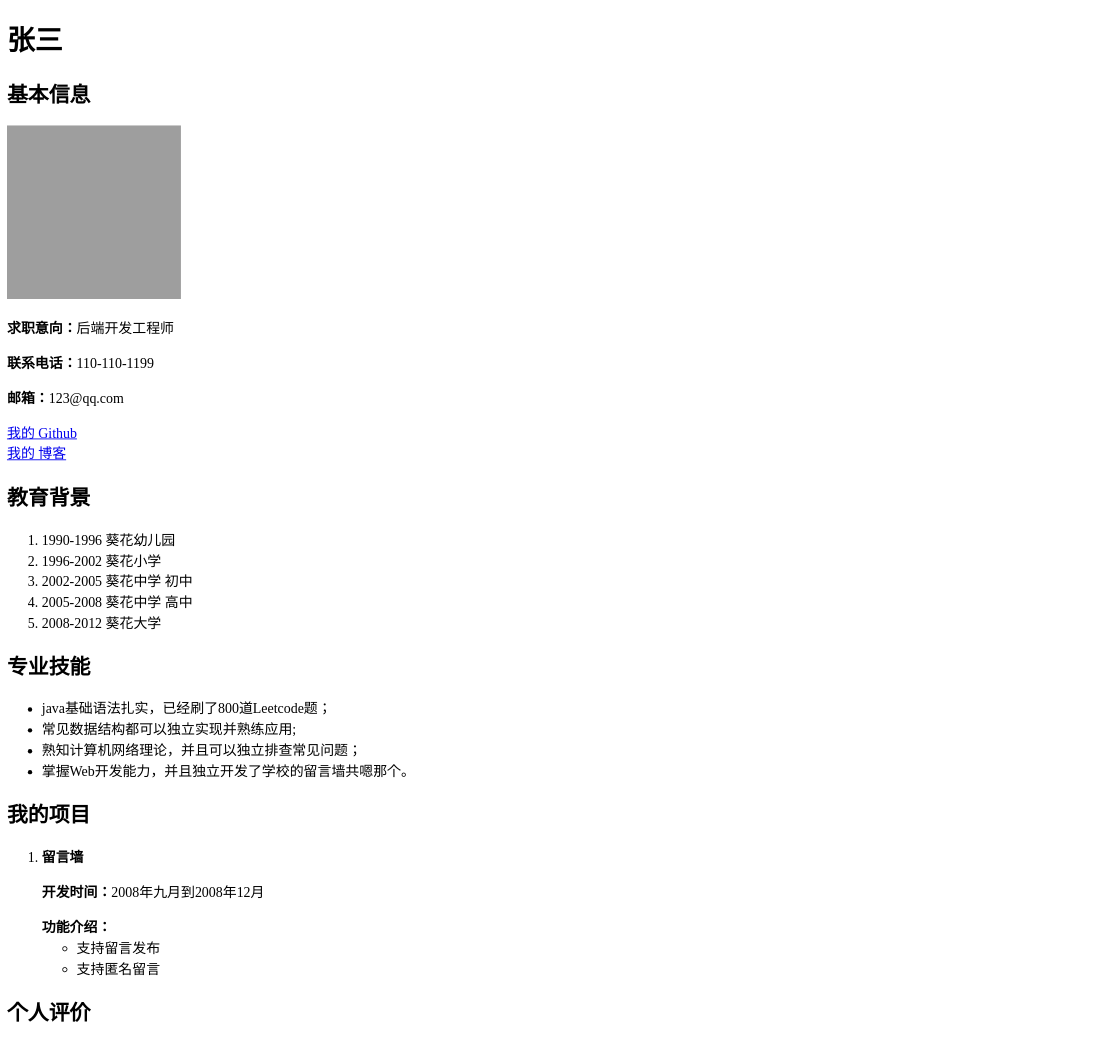
Repository: ls02/VSCode
Page: Java/2022/6-21-1/Test1.html
The author's editor kept a copy of each file at every save. The page is drawn from the files as they stood at one save, then again after the next save.
The browser window is 1280 px wide. The pictures show the whole page, at 87% of full size.
Pictures or frames that could not be fetched are drawn as grey boxes.

Above is the page before, as saved 2022-06-21 14:48:40.

### Java/2022/6-21-1/Test1.html
<!--
 * @Author: ls02 <2877455773@qq.com>
 * @Date: 2022-06-21 11:01:41
 * @LastEditors: ls02 <2877455773@qq.com>
 * @LastEditTime: 2022-06-21 13:09:24
 * @FilePath: \Java\2022\6-21-1\Test1.html
 * @Description:
 *
 * Copyright (c) 2022 by ${ls02 <2877455773@qq.com>}, All Rights Reserved.
-->
<!DOCTYPE html>
<html lang="en">
<head>
    <meta charset="UTF-8">
    <meta http-equiv="X-UA-Compatible" content="IE=edge">
    <meta name="viewport" content="width=device-width, initial-scale=1.0">
    <title>我的简历</title>
</head>
<body>
    <h1>张三</h1>
    <h2>基本信息</h2>
    <img src="../6-18-1/image/1.jpg"
    alt="图片加载失败"
    title="个人图片"
    width="200" height="200">
    <br>
    <p><b>求职意向：</b>后端开发工程师</p>
    <p><b>联系电话：</b>110-110-1199</p>
    <p><b>邮箱：</b>123@qq.com</p>
    <a href="https://www.github.com"
    target="_blank">我的 Github</a>
    <br>
    <a href="https://www.csdn.net"
    target="_blank">我的 博客</a>
    <h2>教育背景</h2>
    <ol>
        <li>1990-1996 葵花幼儿园</li>
        <li>1996-2002 葵花小学</li>
        <li>2002-2005 葵花中学 初中</li>
        <li>2005-2008 葵花中学 高中</li>
        <li>2008-2012 葵花大学</li>
    </ol>
    <h2>专业技能</h2>
    <ul>
        <li>java基础语法扎实，已经刷了800道Leetcode题；</li>
        <li>常见数据结构都可以独立实现并熟练应用;</li>
        <li>熟知计算机网络理论，并且可以独立排查常见问题；</li>
        <li>掌握Web开发能力，并且独立开发了学校的留言墙共嗯那个。</li>
    </ul>
    <h2>我的项目</h2>
    <ol>
        <li><b>留言墙</b></li>
        <p><b>开发时间：</b>2008年九月到2008年12月</p>
        <b>功能介绍：</b>
        <ul>
            <li>支持留言发布</li>
            <li>支持匿名留言</li>
        </ul>
    </ol>
    <h2>个人评价</h2>
</body>
</html>

After the next save:
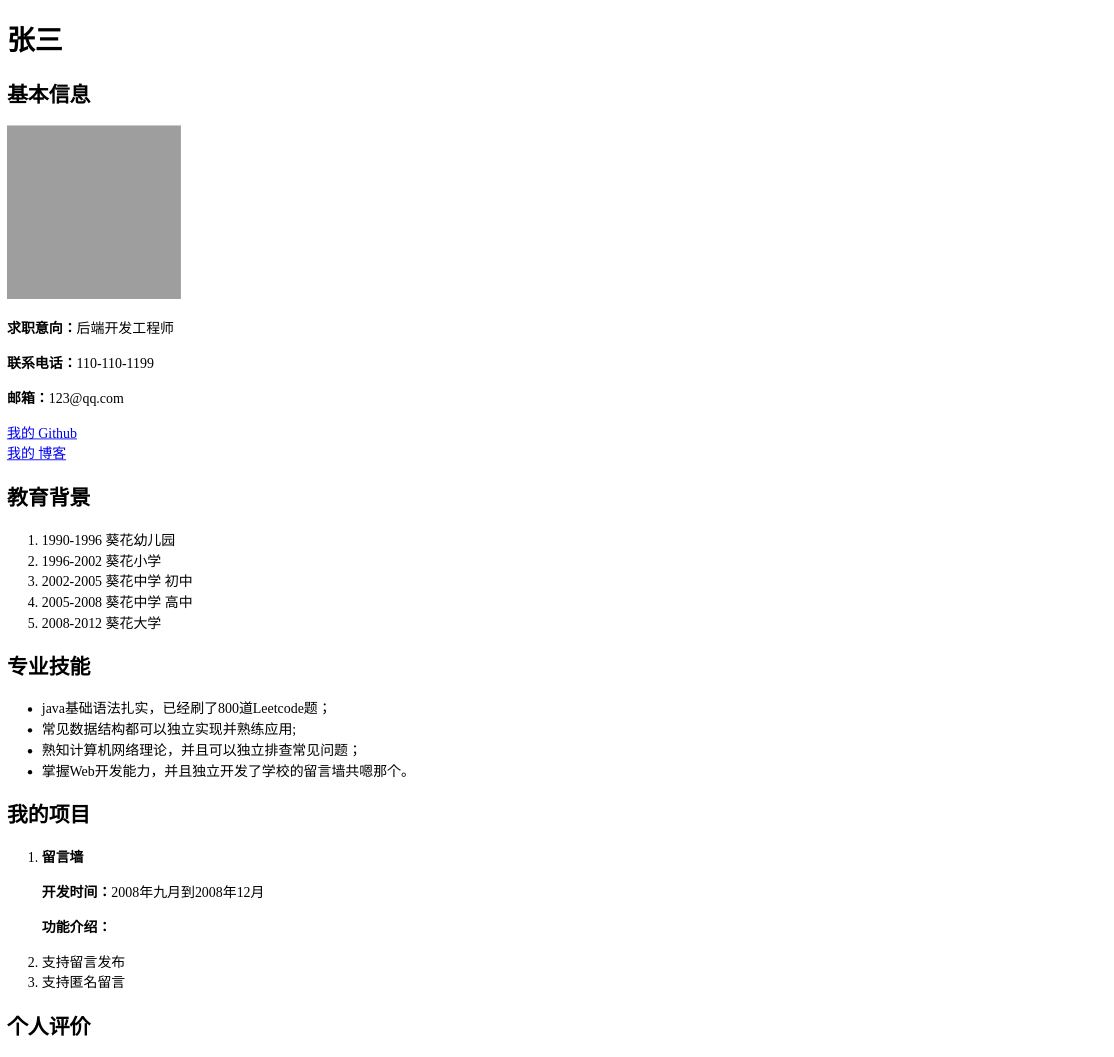
Saved 13 s later.
--- a/Java/2022/6-21-1/Test1.html
+++ b/Java/2022/6-21-1/Test1.html
@@ -51,7 +51,7 @@
     <ol>
         <li><b>留言墙</b></li>
         <p><b>开发时间：</b>2008年九月到2008年12月</p>
-        <b>功能介绍：</b>
+        <p><b>功能介绍：</b></p
         <ul>
             <li>支持留言发布</li>
             <li>支持匿名留言</li>
